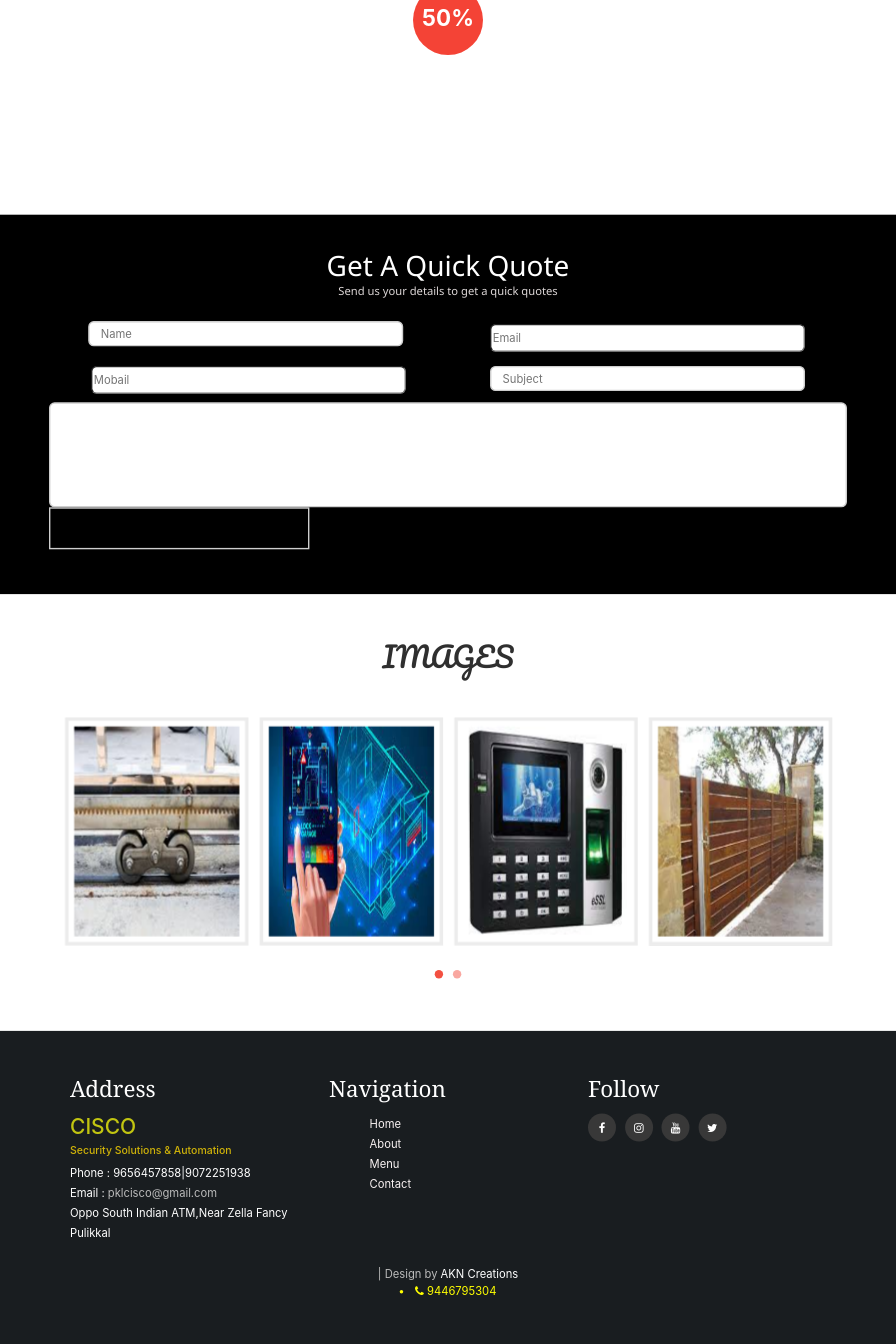
Repository: Nuhman123/Cisco
Page: index.html
These files come from the project's save history. The page is drawn as it stood at one moment and after a run of saves; the edit follows.
The browser window is 1280 px wide. The pictures show the part of the page from y = 2114 to 4034 px (the page is 4034 px tall before and 3958 px after), at 70% of full size.

Above is the page before, as saved 2021-04-10 16:36:57.

### index.html
<!--A Design by W3layouts
Author: W3layout
Author URL: http://w3layouts.com
License: Creative Commons Attribution 3.0 Unported
License URL: http://creativecommons.org/licenses/by/3.0/
-->
<!DOCTYPE html>
<html lang="en">
<head>
<title>CISCO security solutions & automation</title>
<meta name="viewport" content="width=device-width, initial-scale=1">
<meta http-equiv="Content-Type" content="text/html; charset=utf-8" />
<meta name="keywords" content="Royal Recipes Responsive web template, Bootstrap Web Templates, Flat Web Templates, Android Compatible web template,
Smartphone Compatible web template, free webdesigns for Nokia, Samsung, LG, SonyEricsson, Motorola web design" />
<script type="application/x-javascript"> addEventListener("load", function() { setTimeout(hideURLbar, 0); }, false); function hideURLbar(){ window.scrollTo(0,1); } </script>
<!-- bootstrap-css -->
<link href="css/bootstrap.css" rel="stylesheet" type="text/css" media="all" />
<!--// bootstrap-css -->
<!-- css -->
<link rel="stylesheet" href="css/style.css" type="text/css" media="all" />
<!--// css -->
<link rel="stylesheet" href="css/owl.carousel.css" type="text/css" media="all">
<link href="css/owl.theme.css" rel="stylesheet">
<!-- font-awesome icons -->
<link href="css/font-awesome.css" rel="stylesheet">
<!-- //font-awesome icons -->
<!-- font -->
<link href='//fonts.googleapis.com/css?family=Pacifico' rel='stylesheet' type='text/css'>
<link href='//fonts.googleapis.com/css?family=Open+Sans+Condensed:300,300italic,700' rel='stylesheet' type='text/css'>
<!-- //font -->
<script src="js/jquery-1.11.1.min.js"></script>
<script src="js/bootstrap.js"></script>
<script src="https://maxcdn.bootstrapcdn.com/bootstrap/4.0.0/js/bootstrap.min.js" integrity="sha384-JZR6Spejh4U02d8jOt6vLEHfe/JQGiRRSQQxSfFWpi1MquVdAyjUar5+76PVCmYl" crossorigin="anonymous"></script>
<link rel="stylesheet" href="https://maxcdn.bootstrapcdn.com/bootstrap/4.0.0/css/bootstrap.min.css" integrity="sha384-Gn5384xqQ1aoWXA+058RXPxPg6fy4IWvTNh0E263XmFcJlSAwiGgFAW/dAiS6JXm" crossorigin="anonymous">
<!-- light-box -->
<link rel="stylesheet" href="css/lightbox.css">
<!-- //light-box -->
<script src="js/SmoothScroll.min.js"></script>
<!--search jQuery-->
<script src="js/main.js"></script>
<!--//search jQuery-->
<script type="text/javascript">
	jQuery(document).ready(function($) {
		$(".scroll").click(function(event){
			event.preventDefault();
			$('html,body').animate({scrollTop:$(this.hash).offset().top},1000);
		});
	});
</script>

<script>
$(document).ready(function() {
	$("#owl-demo").owlCarousel({

		autoPlay: 3000, //Set AutoPlay to 3 seconds
		autoPlay:true,
		items : 4,
		itemsDesktop : [640,5],
		itemsDesktopSmall : [414,4]

	});

});
</script>
</head>
<body>
	<header class="header-1">
		<div class="container">
			<div class="row">
		<div class="col-xs-3">
			<img src="images/csc0log.png">
		</div>
		<div class="col-xs-5">
			<h1>CISCO</h1>
			<p>Security Solutions & Automation</p>
		</div>
		<div class="col-xs-4">
		<nav class="navbar navbar-expand-lg navbar-light">
			<button style="background-color:white;margin-top: 18px;" class="navbar-toggler" type="button" data-toggle="collapse" data-target="#navbarNavAltMarkup" aria-controls="navbarNavAltMarkup" aria-expanded="false" aria-label="Toggle navigation">
			  <span class="navbar-toggler-icon"></span>
			</button>
			<div class="collapse navbar-collapse" id="navbarNavAltMarkup" style="background-color: rgb(5, 7, 6);margin-top: 17px;">
			  <div class="navbar-nav text-center">
				<a class="nav-item nav-link active" href="index.html" style="color: white;">Home <span class="sr-only">(current)</span></a>
				<a class="nav-item nav-link" href="#services" style="color: white;">Services</a>
				<a class="nav-item nav-link" href="menu.html" style="color: white;z-index: 10;">Menu</a>
				<a class="nav-item nav-link" href="about.html" style="color: white;z-index: 10;">About</a>
				<a class="nav-item nav-link" href="contact.html" style="color: white;z-index: 10;">Condact</a>
			  </div>
			</div>
		  </nav>
		</div>
			</div>
		</div>
	</header>
	<!-- banner -->
	<div class="banner">
		<div class="header">
			<div class="container">
				<div class="logo">

				</div>
				<div class="clearfix"> </div>
			</div>
		</div>
		<div class="banner-slider">
			<div class="container">
				<div class="slider">
					<div class="callbacks_container">
						<ul class="rslides callbacks callbacks1" id="slider4">
							<li>
								<div class="agileits-banner-info">
									<img src="images/csc0log.png">
									<h3>CISCO</h3>
									<h5>Security Solutions & Automation</h5>
									<p>CCTV Installation,EPBAX,Home Automation,Automatic Gate,Video Door Phone,Access Control System,Security Alarm System,Solar System,Biometric AttendanceSystem</p>
									<a href="#services">Services</a>

								</div>
							</li>
							<li>
								<div class="agileits-banner-info">
									<h3>CCTV<br> Installation</h3>
									<p>CCTV Installation,EPBAX,Home Automation,Automatic Gate,Video Door Phone,Access Control System,Security Alarm System,Solar System,Biometric AttendanceSystem</p>
									<a href="#services">Services</a>

								</div>
							</li>
							<li>
								<div class="agileits-banner-info">
									<img src="images/csc0log.png">
									<h3>CISCO</h3>
									<p>CCTV Installation,EPBAX,Home Automation,Automatic Gate,Video Door Phone,Access Control System,Security Alarm System,Solar System,Biometric AttendanceSystem</p>
									<a href="#services">Services</a>
								</div>
							</li>
						</ul>
						<div class="social text-center">
							<ul>
								<li><a href="https://www.facebook.com/cisco_security_solutions-101064504984043/"><i class="fa fa-facebook"></i></a></li>
								<li><a href="https://www.instagram.com/cisco_security_solutions?r=nametag"><i class="fa fa-instagram"></i></a></li>
								<li><a href="https://youtube.com/channel/UCSI_CHHL5nW7fggODaksUw"><i class="fa fa-youtube"></i></a></li>
								<li><a href="https://twitter.com"><i class="fa fa-twitter"></i></a></li>
							</ul>
						</div>
					</div>
					<script src="js/responsiveslides.min.js"></script>
					<script>
						// You can also use "$(window).load(function() {"
						$(function () {
						  // Slideshow 4
						  $("#slider4").responsiveSlides({
							auto: true,
							pager:true,
							nav:false,
							speed: 500,
							namespace: "callbacks",
							before: function () {
							  $('.events').append("<li>before event fired.</li>");
							},
							after: function () {
							  $('.events').append("<li>after event fired.</li>");
							}
						  });

						});
					 </script>
					<!--banner Slider starts Here-->
				</div>
			</div>
		</div>
	</div>
	<!-- banner -->
	<!-- services -->
	<section class="bg-light p-4 mt-5" id="services">
		<div class="container">
		  <h1 class="services text-center">Our Services</h1>
		  <div class="row">
			<div class="col-lg-4 col-md-6 pt-3">
			  <div class="card text-center">
				<div class="card-body">
				  <h5 class="card-title">CCTV Installation</h5>
				  <p class="card-text">
					CCTV systems may operate continuously or only as required to monitor a particular event. A more advanced form of CCTV, using digital video recorders (DVRs), provides recording for possibly many years, with a variety of quality and performance options and extra features (such as motion detection and email alerts).
					</p>
				</div>
			  </div>
			</div>
			<div class="col-lg-4 col-md-6 pt-3">
			  <div class="card text-center ">

				<div class="card-body">
				  <h5 class="card-title">EPBAX</h5>
				  <p class="card-text">EPABX stands for Electronic Private Automatic Branch Exchange which is a private telephone network used by the organizations and the companies for various types of communication, either between the employees or outside the clients.</p>
				</div>
			  </div>
			</div>
			<div class="col-lg-4 col-md-6 pt-3">
			  <div class="card text-center ">

				<div class="card-body">
				  <h5 class="card-title">Home Automation</h5>
				  <p class="card-text"> home automation system integrates all the electrical devices in the house with each other, it includes centralized control of lighting, HVAC(Heat, ventilation and air conditioning) appliances, security locks and other systems to improve comfort, conveniences, security and energy efficiency.</p>
				</div>
			  </div>
			</div>
			<div class="col-lg-4 col-md-6 pt-3">
			  <div class="card text-center">
				<div class="card-body">
				  <h5 class="card-title">Automatic Gate</h5>
				  <p class="card-text"></p>
				</div>
			  </div>
			</div>
			<div class="col-lg-4 col-md-6  pt-3">
			  <div class="card text-center">
				<div class="card-body">
				  <h5 class="card-title">Video Door Phone</h5>
				  <p class="card-text">video door phone lets you see and communicate with the visitor without being physically present on the door. After knowing the purpose of visit and if required, you can choose to open the door or keep it closed. So, the video door phone is a great system to ensure the safety and security of your family and home.</p>
				</div>
			  </div>
			</div>
			<div class="col-lg-4 col-md-6  pt-3">
			  <div class="card text-center ">
				<div class="card-body">
				  <h5 class="card-title">Access Control System</h5>
				  <p class="card-text"></p>
				</div>
			  </div>
			</div>
			<div class="col-lg-4 col-md-6  pt-3">
				<div class="card text-center ">
				  <div class="card-body">
					<h5 class="card-title">Security Alarm System</h5>
					<p class="card-text"></p>
				  </div>
				</div>
			  </div>
			  <div class="col-lg-4 col-md-6  pt-3">
				<div class="card text-center ">
				  <div class="card-body">
					<h5 class="card-title">Solar System</h5>
					<p class="card-text">The Solar System is made up of all the planets that orbit our Sun. In addition to planets, the Solar System also consists of moons, comets, asteroids, minor planets, dust and gas. The inner solar system contains the Sun, Mercury, Venus, Earth and Mars. ... Everything in the Solar System orbits or revolves around the Sun.</p>
				  </div>
				</div>
			  </div>
			  <div class="col-lg-4 col-md-6  pt-3">
				<div class="card text-center ">
				  <div class="card-body">
					<h5 class="card-title">Biometric Attendance System</h5>
					<p class="card-text"></p>
				  </div>
				</div>
			  </div>
		  </div>
		</div>
	  </section>
	<!-- //services -->
	<!-- offer -->
	<div class="jarallax offer">
		<div class="container">
			<div class="w3l-offer-heading">
				<h3>Today Offers</h3>
			</div>
			<div class="w3ls-offer-slider">
				<div class="slider">
					<div class="callbacks_container">
						<ul class="rslides callbacks callbacks1" id="slider3">
							<li>
								<div class="agileinfo-offer-grid">
									<h4>45<span>%</span></h4>
									<h5>Pork Vindaloo</h5>
									<p>Quisque scelerisque rutrum nunc, eget hendrerit diam porta efficitur. Duis bibendum consequat est, sed efficitur arcu. Morbi viverra, leo sit amet vestibulum dignissim, tortor est dignissim dolor, eu accumsan est urna id felis. </p>
								</div>
							</li>
							<li>
								<div class="agileinfo-offer-grid">
									<h4>50%</h4>
									<h5>Phaal Curry</h5>
									<p>Vestibulum euismod porttitor interdum. Vivamus porta consectetur nulla porttitor hendrerit. Pellentesque ultrices augue ut nibh feugiat, nec egestas orci cursus. Sed vehicula quis erat sed lobortis. Curabitur eleifend sit amet.</p>
								</div>
							</li>
							<li>
								<div class="agileinfo-offer-grid">
									<h4>64%</h4>
									<h5>Laal Maas</h5>
									<p>Aenean volutpat auctor ultrices. Aliquam ac turpis ultrices, porta enim at, interdum velit. Ut ligula justo, sodales eu nisi a, molestie dictum leo. Sed blandit porta ante, at consequat nulla fermentum a. Donec aliquet tristique.</p>
								</div>
							</li>
						</ul>
					</div>
					<script>
						// You can also use "$(window).load(function() {"
						$(function () {
						  // Slideshow 4
						  $("#slider3").responsiveSlides({
							auto: true,
							pager:false,
							nav:false,
							speed: 500,
							namespace: "callbacks",
							before: function () {
							  $('.events').append("<li>before event fired.</li>");
							},
							after: function () {
							  $('.events').append("<li>after event fired.</li>");
							}
						  });

						});
					 </script>
					<!--banner Slider starts Here-->
				</div>
			</div>
			<script src="js/jarallax.js"></script>
		</div>
	</div>
	<!-- //offer -->
	<section class="form-quote">
		<div class="container">
		<div class="contact-form">
			<h3>Get A Quick Quote</h3>
			<p class="" >Send us your details to get a quick quotes</p>
			<form>
				<div class="row"align="center">
					<div class="col-xs-12 col-sm-12 col-md-12 col-lg-6">
						<input type="text" placeholder="Name" style="width: 450px;background: white;height: 20px;border-radius: 8px;">
					</div>
					<div class="col-xs-12 col-sm-12 col-md-12 col-lg-6">
						<input type="email" placeholder="Email" style="width: 450px;background: white;margin: 4px; height: 40px;border-radius: 8px;">
					</div>
					<div class="col-xs-12 col-sm-12 col-md-12 col-lg-6">
						<input type="tel" placeholder="Mobail" style="width: 450px;background: white;margin: 12px; height: 40px;border-radius: 8px;">
					</div>
					<div class="col-xs-12 col-sm-12 col-md-12 col-lg-6">
						<input type="text" placeholder="Subject" style="width: 450px;background: white;margin: 12px; height: 30px;border-radius: 8px;">
					</div>
					<div></div>
					<textarea class="col-xs-12" style="background: white;width: outo; border-radius: 8px;"></textarea>
					<input type="text"
				</div>
			  </form>
		</div>
			</div>
	</section>
	<!-- special -->
	<div class="special">
		<div class="container">
			<div class="wthree-special-heading">
				<h3>IMAGES</h3>
			</div>
			<div class="special-grids">
				<div id="owl-demo" class="owl-carousel owl-theme">
						<div class="item">
							<div class="w3-agileits-special-grid-info">
								<img src="images/289c9c264087cddc084383969cd6e19f.jpg" alt="" />
							</div>
						</div>
						<div class="item">
							<div class="w3-agileits-special-grid-info">
								<img src="images/ghy.jfif" alt="" />

							</div>
						</div>
						<div class="item">
							<div class="w3-agileits-special-grid-info">
								<img src="images/h automations.jfif" alt="" />

							</div>
						</div>
						<div class="item">
							<div class="w3-agileits-special-grid-info">
								<img src="images/bio2.jfif" alt="" />
							</div>
						</div>
						<div class="item">
							<div class="w3-agileits-special-grid-info">
								<img src="images/guf.jfif" alt="" />

							</div>
						</div>
						<div class="item">
							<div class="w3-agileits-special-grid-info">
								<img src="images/epbax.jpeg" alt="" />

							</div>
						</div>
						<div class="item">
							<div class="w3-agileits-special-grid-info">
								<img src="images/h automations.jfif4.jfif" alt="" />

							</div>
						</div>
						<div class="item">
							<div class="w3-agileits-special-grid-info">
								<img src="images/cctv3.jpg" alt="" />

							</div>
						</div>
				</div>
			</div>
		</div>
	</div>
	<!-- //special -->
	<!-- footer -->
	<div class="w3-agile-footer">
		<div class="container">
			<div class="footer-grids">
				<div class="col-md-4 footer-grid">
					<div class="footer-grid-heading">
						<h4>Address</h4>
					</div>
					<div class="footer-grid-info">
						<h1 class="">CISCO</h1>
					<h4 class="">Security Solutions & Automation</h4>
					</di>
					<p class="phone">Phone : 9656457858|9072251938
						<span>Email : <a href="pklcisco@gmail.com">pklcisco@gmail.com</a></span>
					</p>
					<p>Oppo South Indian ATM,Near Zella Fancy 	Pulikkal </p>
				</div>

				</div>
				<div class="col-md-4 footer-grid">
					<div class="footer-grid-heading">
						<h4>Navigation</h4>
					</div>
					<div class="footer-grid-info">
						<ul class="">
							<li><a href="index.html">Home</a></li>
							<li><a href="about.html">About</a></li>
							<li><a href="menu.html">Menu</a></li>
							<li><a href="contact.html">Contact</a></li>
						</ul>
					</div>
				</div>
				<div class="col-md-4 footer-grid">
					<div class="footer-grid-heading">
						<h4>Follow</h4>
					</div>
					<div class="social">
						<ul>
							<li><a href="https://www.facebook.com/cisco_security_solutions-101064504984043/"><i class="fa fa-facebook"></i></a></li>
							<li><a href="https://www.instagram.com/cisco_security_solutions?r=nametag"><i class="fa fa-instagram"></i></a></li>
							<li><a href="https://youtube.com/channel/UCSI_CHHL5nW7fggODaksUw"><i class="fa fa-youtube"></i></a></li>
							<li><a href="https://twitter.com"><i class="fa fa-twitter"></i></a></li>
						</ul>
					</div>
				<div class="clearfix"> </div>
			</div>
		</div>
	</div>
	<div class="agileits-w3layouts-copyright">
		<p>| Design by <a href=""> AKN Creations </a> </p>
		<li style="color: yellow;"><i  class="fa fa-phone" aria-hidden="true"></i> 9446795304</li>
	</div>
	</div>
	<!-- //footer -->
	<script src="js/owl.carousel.js"></script>
	<script type="text/javascript" src="js/move-top.js"></script>
	<script type="text/javascript" src="js/easing.js"></script>
	<!-- here stars scrolling icon -->
	<script type="text/javascript">
		$(document).ready(function() {
			/*
				var defaults = {
				containerID: 'toTop', // fading element id
				containerHoverID: 'toTopHover', // fading element hover id
				scrollSpeed: 1200,
				easingType: 'linear'
				};
			*/

			$().UItoTop({ easingType: 'easeOutQuart' });

			});
	</script>
<!-- //here ends scrolling icon -->
<script type="text/javascript">
			/* init Jarallax */
			$('.jarallax').jarallax({
				speed: 0.5,
				imgWidth: 1366,
				imgHeight: 768
			})
		</script>
</body>
</html>

Loaded but not shown: css/bootstrap.css (library); css/owl.carousel.css (common file); css/owl.theme.css (common file); css/font-awesome.css (library); js/jquery-1.11.1.min.js (library); js/bootstrap.js (library); css/lightbox.css (library); js/SmoothScroll.min.js (library); js/responsiveslides.min.js (library); js/owl.carousel.js (library); js/jarallax.js (433 lines, source omitted); js/easing.js (140 lines, source omitted); js/main.js (100 lines, source omitted); js/move-top.js (5 lines, source omitted); css/style.css (2111 lines, source omitted)

After the next 4 saves:
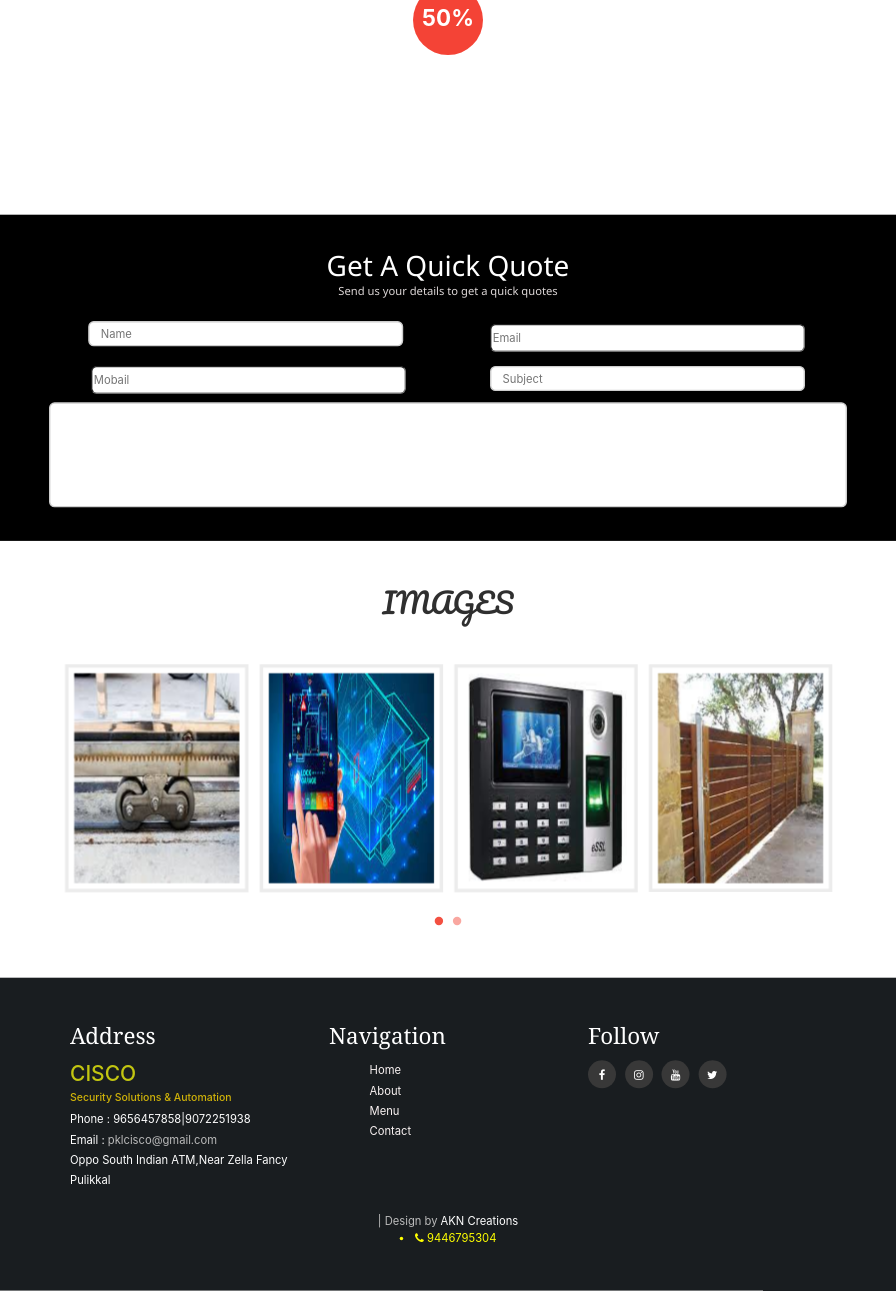
The 4 saves are shown as one change because they came seconds apart.
The last was saved 23 s later.
--- a/index.html
+++ b/index.html
@@ -337,7 +337,7 @@
 					</div>
 					<div></div>
 					<textarea class="col-xs-12" style="background: white;width: outo; border-radius: 8px;"></textarea>
-					<input type="text"
+
 				</div>
 			  </form>
 		</div>
